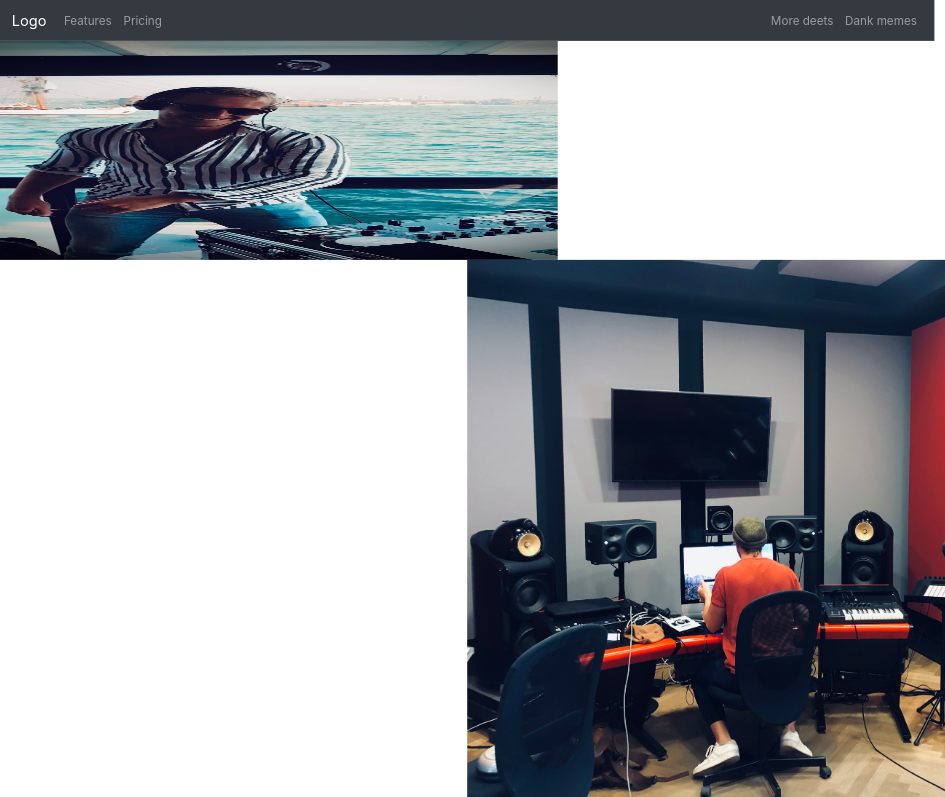
Repository: schweizercode/schweezzy
Page: /
The author's editor kept a copy of each file at every save. The page is drawn from the files as they stood at one save, then again after a run of saves.
The browser window is 1280 px wide. The page is 1295 px wide, so the pictures cover 1295 px, including what lies to the right of the window. The pictures show the whole page, at 73% of full size.
The project was rebuilt for these pictures with package versions that can differ from the ones it lists, and the page was loaded fresh each time.

Above is the page before, as saved 2021-04-14 13:14:00.

After the next 3 saves:
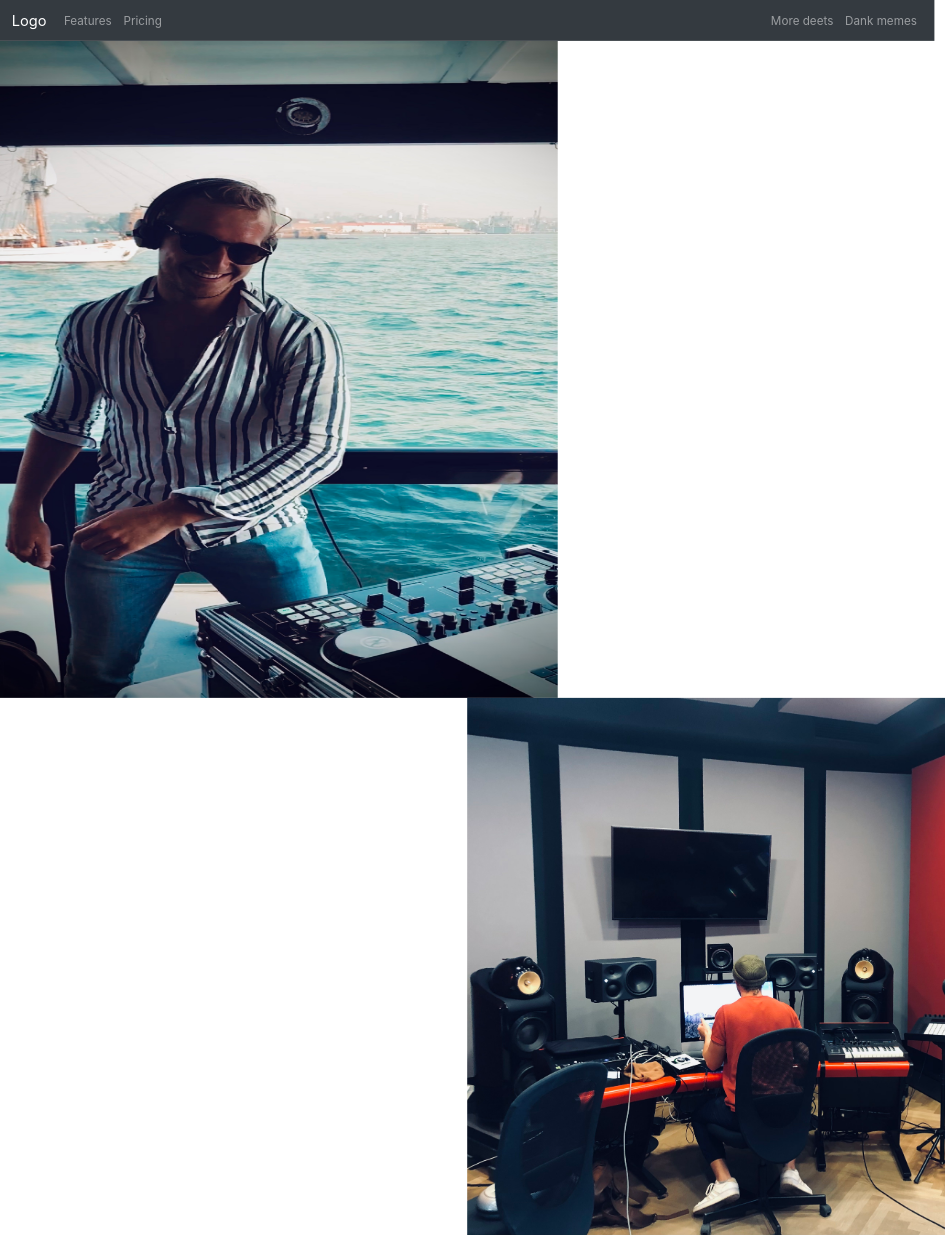
The 3 saves are shown as one change because they came seconds apart.
The last was saved 33 s later.
--- a/src/Mainpage.js
+++ b/src/Mainpage.js
@@ -11,7 +11,7 @@ function Mainpage() {
         <div class='row'>
             <div class='column'>
                 <img src={img1} alt="" style={{
-                    width: '43%', float: 'left', width: '779px', height: '300px',
+                    width: '43%', float: 'left', width: '779px', height: '900px',
                 }} />
                 <img src={img2} alt="" style={{ width: '50%', float: 'right' }} />
             </div>
